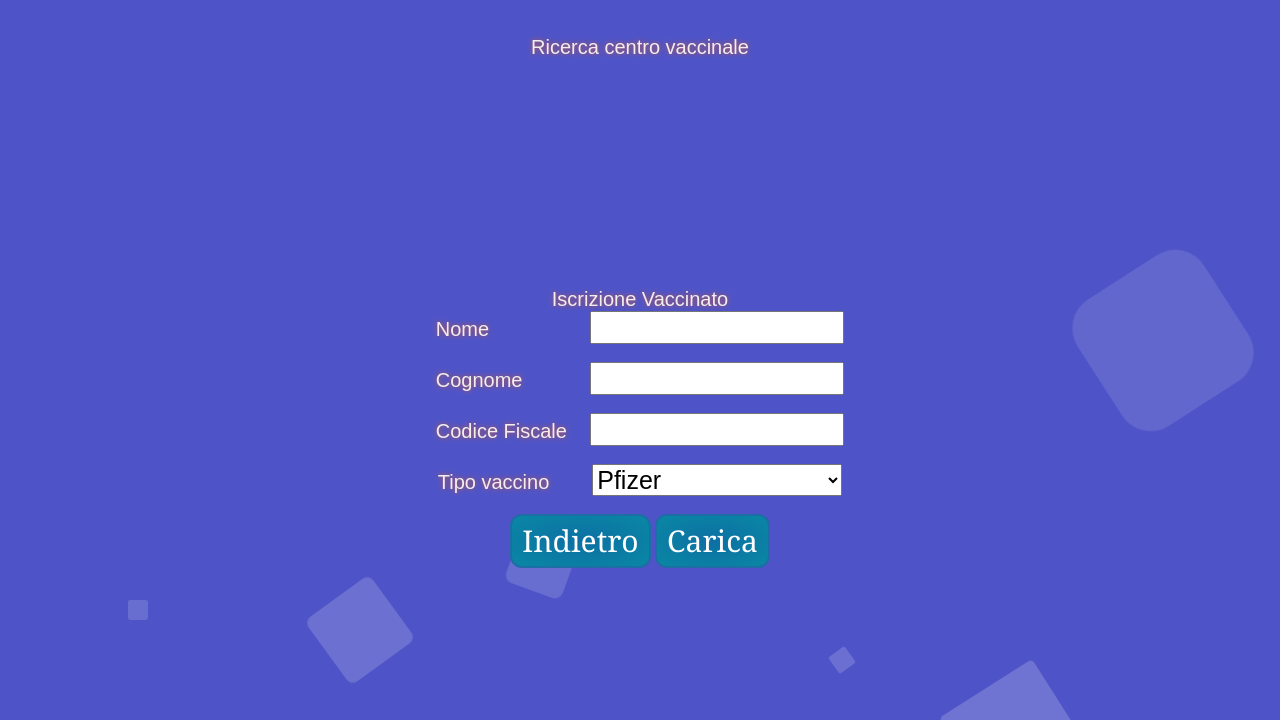
Repository: Jok98/CentriVaccinaliWebApp
Page: http://localhost/CentriVaccinaliOperatori/iscrizionevaccinato.jsp
The author's editor kept a copy of each file at every save. The page is drawn from the files as they stood at one save, then again after the next save.
The browser window is 1280 px wide. The pictures show the whole page.
Some web fonts or font styles are not loaded; a fallback is used. The page is served by Tomcat 9.

Above is the page before, as saved 2022-09-24 17:44:43.

### CentriVaccinaliOperatori/src/main/webapp/iscrizionevaccinato.jsp
<%@ page language="java" contentType="text/html; charset=ISO-8859-1"
    pageEncoding="ISO-8859-1"%>
<!DOCTYPE html>
<html>
<head>
<meta charset="ISO-8859-1">
<link rel="stylesheet" href="css/form.css">
<link rel="stylesheet" href="css/background.css">
<title>Iscrizione Vaccinati</title>
</head>
<body>
	<div class="area">
		<ul class="circles">
			<li></li>
			<li></li>
			<li></li>
			<li></li>
			<li></li>
			<li></li>
			<li></li>
			<li></li>
			<li></li>
			<li></li>
		</ul>
	</div>
		<div class="reserch" align="center" >
		<form action="" >
		<a class="text">Ricerca centro vaccinale</a>
		<br>
	</form>
	</div>
	<div class="context" align="center" >
		<form action="" >
		<a class="text">Iscrizione Vaccinato</a>
		<br>
		<label class="label" class="button"  for="nomeVacc" >Nome </label>
		<input class="input" type="text" id="nomeVacc" name="nomeVacc">
		<br><br>
		<label class="label" for="cognomeVacc">Cognome </label>
		<input class="input" type="text" id="cognomeVacc" name="cognomeVacc">
		<br><br>
		<label class="label" for="codfisVacc">Codice Fiscale </label>
		<input class="input" type="text" id="codfisVacc" name="codfisVacc">
		<br><br>
		<label class="label" for="tipoCenvax">Tipo vaccino </label>
		<select class="input" name="tipoCenvax" id="tipoCenvax">
			<option value="Hub">Pfizer</option>
			<option value="Azienda">Moderna</option>
			<option value="Ospedale">Astrazeneca</option>
		</select>
		<br><br>
		<a class="button" type="submit" href="index.jsp"  >Indietro</a>
		<button class="button" type="submit">Carica</button>

		</form>
	</div>

</body>
</html>

### CentriVaccinaliOperatori/src/main/webapp/css/form.css
@charset "ISO-8859-1";

/* bottoni */
.button {
	color: rgb(255, 255, 255);
	font-size: 30px;
	line-height: 30px;
	padding: 10px;
	border-radius: 12px;
	font-family: Georgia, serif;
	font-weight: normal;
	text-decoration: none;
	font-style: normal;
	font-variant: normal;
	text-transform: none;
	background-image: radial-gradient(at center center, rgb(12, 111, 164) 0%,
		rgb(10, 136, 164) 100%, rgb(12, 111, 164) 100%);
	box-shadow: rgba(0, 0, 0, 0) 81px -57px 0px 0px;
	border: 2px solid rgb(28, 110, 164);
	display: inline-block;
}

.button:hover {
	background: #80c3ff;
}

.button:active {
	background: #1ca4ff;
}

.text{
	font-size: 20px;
	text-shadow: 0px 0px 5px #CE5937;
	color: #EFEFEF;

}

.label {
	display: inline-block;
	width:150px;
	text-align: left;
	font-size: 20px;
	text-shadow: 0px 0px 5px #CE5937;
	color: #EFEFEF;

}

.input {
	width:250px;
	font-size: 25px;
}

### CentriVaccinaliOperatori/src/main/webapp/css/background.css
@charset "ISO-8859-1";
@import url('https://fonts.googleapis.com/css?family=Exo:400,700');

*{
    margin: 0px;
    padding: 0px;
}

html{
    font-family: 'Exo', sans-serif;

}

.reserch{
	width: 100%;
    position: absolute;
    top:5vh;
}


.context {
    width: 100%;
    position: absolute;
    top:40vh;

}

.context h1{
    text-align: center;
    color: #fff;
    font-size: 50px;
}


.area{
    background: #4e54c8;
    background: -webkit-linear-gradient(to left, #8f94fb, #4e54c8);
    width: 100%;
    height:100vh;


}

.circles{
    position: absolute;
    top: 0;
    left: 0;
    width: 100%;
    height: 100%;
    overflow: hidden;
}

.circles li{
    position: absolute;
    display: block;
    list-style: none;
    width: 20px;
    height: 20px;
    background: rgba(255, 255, 255, 0.2);
    animation: animate 25s linear infinite;
    bottom: -150px;

}

.circles li:nth-child(1){
    left: 25%;
    width: 80px;
    height: 80px;
    animation-delay: 0s;
}


.circles li:nth-child(2){
    left: 10%;
    width: 20px;
    height: 20px;
    animation-delay: 2s;
    animation-duration: 12s;
}

.circles li:nth-child(3){
    left: 70%;
    width: 20px;
    height: 20px;
    animation-delay: 4s;
}

.circles li:nth-child(4){
    left: 40%;
    width: 60px;
    height: 60px;
    animation-delay: 0s;
    animation-duration: 18s;
}

.circles li:nth-child(5){
    left: 65%;
    width: 20px;
    height: 20px;
    animation-delay: 0s;
}

.circles li:nth-child(6){
    left: 75%;
    width: 110px;
    height: 110px;
    animation-delay: 3s;
}

.circles li:nth-child(7){
    left: 35%;
    width: 150px;
    height: 150px;
    animation-delay: 7s;
}

.circles li:nth-child(8){
    left: 50%;
    width: 25px;
    height: 25px;
    animation-delay: 15s;
    animation-duration: 45s;
}

.circles li:nth-child(9){
    left: 20%;
    width: 15px;
    height: 15px;
    animation-delay: 2s;
    animation-duration: 35s;
}

.circles li:nth-child(10){
    left: 85%;
    width: 150px;
    height: 150px;
    animation-delay: 0s;
    animation-duration: 11s;
}



@keyframes animate {

    0%{
        transform: translateY(0) rotate(0deg);
        opacity: 1;
        border-radius: 0;
    }

    100%{
        transform: translateY(-1000px) rotate(720deg);
        opacity: 0;
        border-radius: 50%;
    }

}

After the next save:
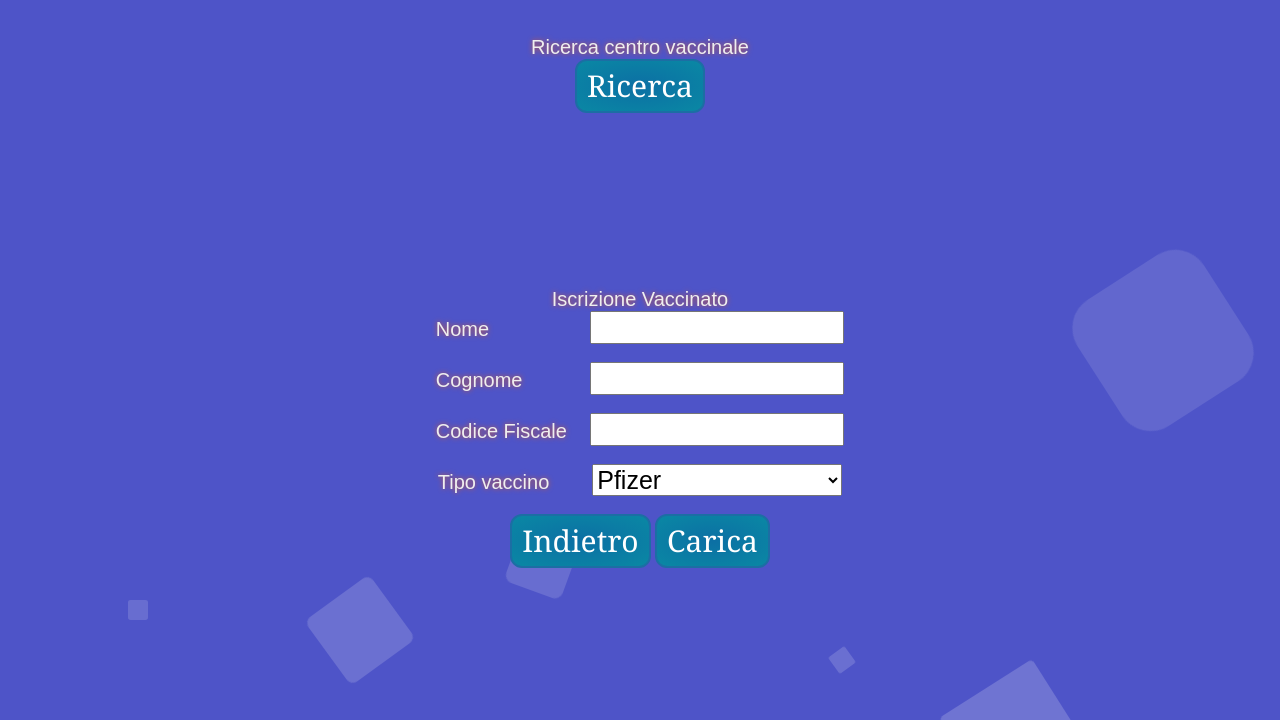
Saved 37 s later.
--- a/CentriVaccinaliOperatori/src/main/webapp/iscrizionevaccinato.jsp
+++ b/CentriVaccinaliOperatori/src/main/webapp/iscrizionevaccinato.jsp
@@ -27,6 +27,7 @@
 		<form action="" >
 		<a class="text">Ricerca centro vaccinale</a>
 		<br>
+		<button class="button" type="submit">Ricerca</button>
 	</form>
 	</div>
 	<div class="context" align="center" >
